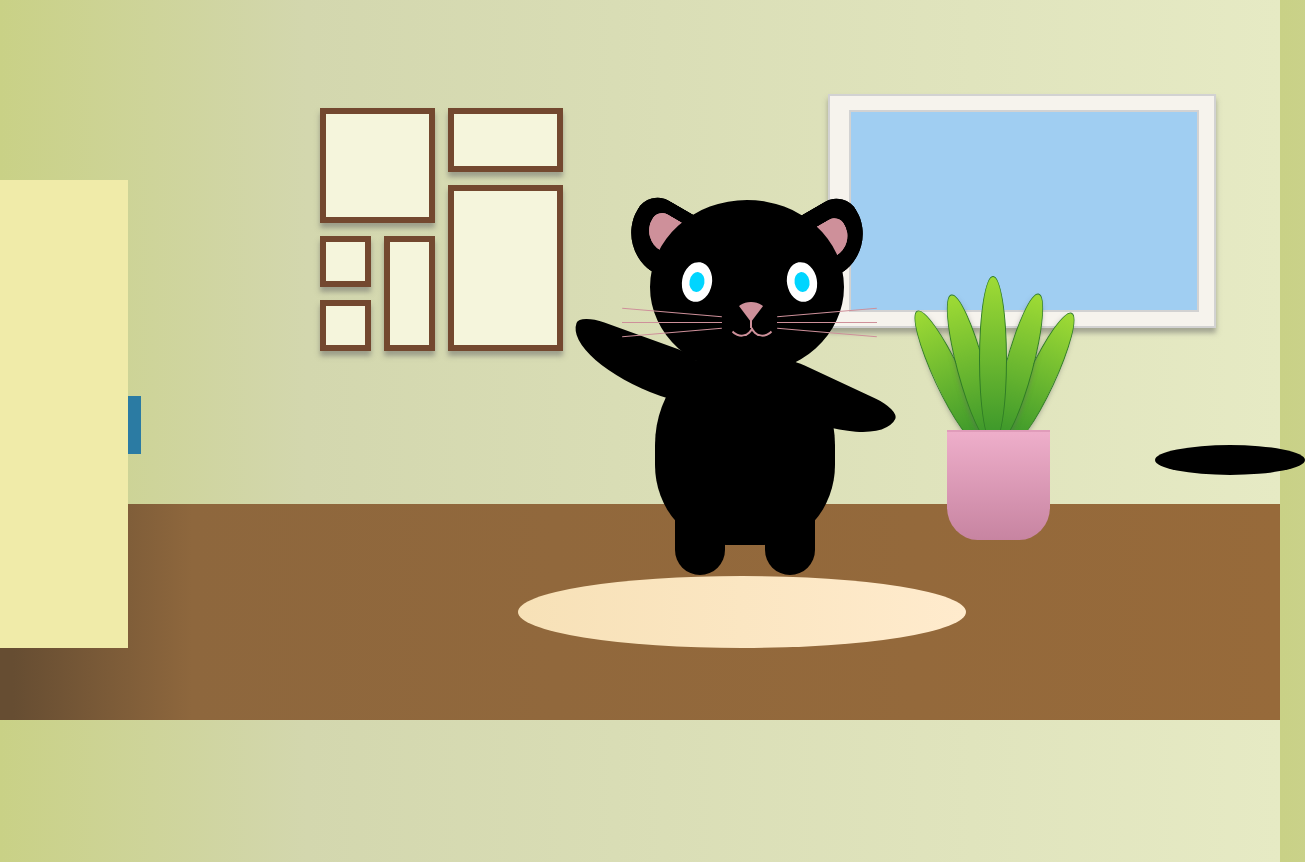
Repository: SandyLy453/COMP-2170-team-project
Page: index.html
An editor plug-in stored every save of this project. The page is shown before and after the next save, followed by the edit.
The browser window is 1280 px wide. The page is 1305 px wide, so the pictures cover 1305 px, including what lies to the right of the window. The pictures show the whole page.

Above is the page before, as saved 2024-05-03 14:20:04.

### index.html
<!DOCTYPE html>
<html lang="en">
<head>
    <meta charset="UTF-8">
    <meta name="viewport" content="width=device-width, initial-scale=1.0">
    <title>Team Project: Doll Dress-Up Game</title>
    <link rel="stylesheet" href="styles.css" />
</head>
<body>
    <main class="main-area">
        <div class="background">
            <div class="floor"></div>
            <div class="closet">
                <div class="openner"></div>
            </div>
            <div class="carpet"></div>
            <div class="window">
                <div class="outside"></div>
            </div>
            <div class="plantPot">
                <div class="leaves">
                    <div class="plant"></div>
                    <div class="plant-left-one"></div>
                    <div class="plant-right-one"></div>
                    <div class="plant-left-two"></div>
                    <div class="plant-right-two"></div>
                </div>
                <div class="pot"></div>
            </div>
            <div class="picturesCombo">
                <div class="pictures-one">
                    <div class="pic-one"></div>
                </div>
                <div class="pictures-two">
                    <div class="pic-two"></div>
                </div>
                <div class="pictures-three">
                    <div class="pic-three"></div>
                </div>
                <div class="pictures-four">
                    <div class="pic-four"></div>
                </div>
                <div class="pictures-five">
                    <div class="pic-five"></div>
                </div>
                <div class="pictures-six">
                    <div class="pic-six"></div>
                </div>
            </div>
        </div>

        <div class="character">
            <div class="cat">
                <div class="cat-head">
                    <div class="ears">

                        <div class="left-ear">
                            <div class="left-inner-ear">
                            </div>
                        </div>

                        <div class="right-ear">
                            <div class="right-inner-ear">
                            </div>
                        </div>
                    </div>

                    <div class="cat-eyes">
                        <div class="left-eye">
                            <div class="left-inner-eye">
                            </div>
                        </div>
                        <div class="right-eye">
                            <div class="right-inner-eye">
                            </div>
                        </div>
                    </div>

                    <div class="cat-nose"></div>

                    <div class="cat-mouth">
                        <div class="middle-line"></div>
                        <div class="left-line"></div>
                        <div class="right-line"></div>
                    </div>

                    <div class="cat-whiskers-left">
                        <div class="whisker-left-top"></div>
                        <div class="whisker-left-middle"></div>
                        <div class="whisker-left-bottom"></div>
                    </div>
                    <div class="cat-whiskers-right">
                        <div class="whisker-right-top"></div>
                        <div class="whisker-right-middle"></div>
                        <div class="whisker-right-bottom"></div>
                    </div>
                </div>

                <div class="cat-body">
                    <div class="arm left-arm"></div>
                    <div class="arm right-arm"></div>
                    <div class="foot left-foot"></div>
                    <div class="foot right-foot"></div>
                    <div class="tail"></div>
                </div>
            </div>
        </div>
    </main>
    <script src="script.js"></script>
</body>
</html>

### styles.css
body {
    margin: 0;
    width: 100vw;
    height: 100vh;
    background: linear-gradient(90deg, rgba(201,209,134,1) 0%, rgba(211,215,174,1) 24%, rgba(230,234,196,1) 100%);
}

/* Background styling */

.background {
    z-index: -100;
}

.floor {
    position: absolute;
    bottom: 0;
    width: 100vw;
    height: 30vh;
    background: linear-gradient(90deg, rgba(102,77,50,1) 1%, rgb(142, 103, 61) 15%, rgba(151,106,58,1) 100%);
    z-index: -2;
}

.closet {
    position: absolute;
    bottom: 10vh;
    left: 0;
    width: 10vw;
    height: 65vh;
    background-color: rgb(240, 235, 169);
}

.openner {
    position: relative;
    width: 1vw;
    height: 8vh;
    left: 10vw;
    bottom: -30vh;
    background-color: rgb(43, 123, 163);
}

.carpet {
    width: 35vw;
    height: 10vh;
    border-radius: 50%;
    background: linear-gradient(90deg, rgba(247,225,183,1) 0%, rgba(255,235,205,1) 100%);
    position: absolute;
    bottom: 10vh;
    right: 24.5vw;
}

.window {
    width: 30vw;
    height: 32vh;
    background-color: rgb(246, 243, 237);
    position: absolute;
    right: 5vw;
    top: 13vh;
    border: 2px solid rgb(210, 210, 210);
    box-shadow: 0 5px 5px rgba(100, 100, 100, 0.5);
    z-index: -10;
}

.outside {
    width: 27vw;
    height: 27.5vh;
    background-color: rgb(160, 206, 242);
    position: relative;
    left: 1.5vw;
    top: 2vh;
    border: 2px solid rgb(210, 210, 210)
}

.plantPot {
    position: absolute;
    right: 18vw;
    bottom: 25vh;
}

.pot {
    width: 8vw;
    height: 15vh;
    background: linear-gradient(180deg, rgba(238,174,202,1) 0%, rgba(199,132,161,1) 100%);
    border-bottom-left-radius: 30%;
    border-bottom-right-radius: 30%;
    border-top: 2px solid rgb(224, 156, 186);
    z-index: 2;
}

.leaves {
    position: relative;
    top: 60vh;
    left: 0.5vw;
}

.plant {
    height: 23vh;
    width: 2vw;
    background: linear-gradient(0deg, rgba(55,148,42,1) 0%, rgba(159,219,53,1) 100%);
    z-index: -1;
    position: relative;
    top: 25vh;
    left: 2vw;
    border-radius: 100%;
    border: 1px solid rgb(47, 124, 37);
}

.plant-left-one {
    height: 21vh;
    width: 2vw;
    background: linear-gradient(0deg, rgba(55,148,42,1) 0%, rgba(159,219,53,1) 100%);
    z-index: -2;
    position: relative;
    top: 4vh;
    left: 0.25vw;
    border-radius: 100%;
    border: 1px solid rgb(47, 124, 37);
    transform: rotate(-15deg);
    box-shadow: 0 5px 5px rgba(100, 100, 100, 0.5);
}

.plant-right-one {
    height: 21vh;
    width: 2vw;
    background: linear-gradient(0deg, rgba(55,148,42,1) 0%, rgba(159,219,53,1) 100%);
    z-index: -3;
    position: relative;
    top: -17.5vh;
    left: 4vw;
    border-radius: 100%;
    border: 1px solid rgb(47, 124, 37);
    transform: rotate(15deg);
    box-shadow: 0 5px 5px rgba(100, 100, 100, 0.5);
}

.plant-left-two {
    height: 20vh;
    width: 2vw;
    background: linear-gradient(0deg, rgba(55,148,42,1) 0%, rgba(159,219,53,1) 100%);
    z-index: -4;
    position: relative;
    top: -37vh;
    left: -1.5vw;
    border-radius: 100%;
    border: 1px solid rgb(47, 124, 37);
    transform: rotate(-25deg);
    box-shadow: 0 5px 5px rgba(100, 100, 100, 0.5);
}

.plant-right-two {
    height: 20vh;
    width: 2vw;
    background: linear-gradient(0deg, rgba(55,148,42,1) 0%, rgba(159,219,53,1) 100%);
    z-index: -5;
    position: relative;
    top: -57vh;
    left: 5.75vw;
    border-radius: 100%;
    border: 1px solid rgb(47, 124, 37);
    transform: rotate(25deg);
    box-shadow: 0 5px 5px rgba(100, 100, 100, 0.5);
}

.picturesCombo {
    position: absolute;
    left: 25vw;
    top: 15vh;
    z-index: -10;
}

.pictures-one {
    position: relative;
    width: 9vw;
    height: 9vw;
    background-color: rgb(115, 72, 47);
    box-shadow: 0 5px 5px rgba(100, 100, 100, 0.5);
}

.pictures-two {
    position: relative;
    top: 1vw;
    width: 4vw;
    height: 4vw;
    background-color: rgb(115, 72, 47);
    box-shadow: 0 5px 5px rgba(100, 100, 100, 0.5);
}

.pictures-three {
    position: relative;
    top: 2vw;
    width: 4vw;
    height: 4vw;
    background-color: rgb(115, 72, 47);
    box-shadow: 0 5px 5px rgba(100, 100, 100, 0.5);
}

.pictures-four {
    position: relative;
    top: -7vw;
    left: 5vw;
    width: 4vw;
    height: 9vw;
    background-color: rgb(115, 72, 47);
    box-shadow: 0 5px 5px rgba(100, 100, 100, 0.5);
}

.pictures-five {
    position: relative;
    top: -26vw;
    left: 10vw;
    width: 9vw;
    height: 5vw;
    background-color: rgb(115, 72, 47);
    box-shadow: 0 5px 5px rgba(100, 100, 100, 0.5);
}

.pictures-six {
    position: relative;
    top: -25vw;
    left: 10vw;
    width: 9vw;
    height: 13vw;
    background-color: rgb(115, 72, 47);
    box-shadow: 0 5px 5px rgba(100, 100, 100, 0.5);
}

.pic-one {
    position: relative;
    width: 8vw;
    height: 8vw;
    background-color: beige;
    top: 0.5vw;
    left: 0.5vw;
}

.pic-two {
    position: relative;
    width: 3vw;
    height: 3vw;
    background-color: beige;
    top: 0.5vw;
    left: 0.5vw;
}

.pic-three {
    position: relative;
    width: 3vw;
    height: 3vw;
    background-color: beige;
    top: 0.5vw;
    left: 0.5vw;
}

.pic-four {
    position: relative;
    width: 3vw;
    height: 8vw;
    background-color: beige;
    top: 0.5vw;
    left: 0.5vw;
}

.pic-five {
    position: relative;
    width: 8vw;
    height: 4vw;
    background-color: beige;
    top: 0.5vw;
    left: 0.5vw;
}

.pic-six {
    position: relative;
    width: 8vw;
    height: 12vw;
    background-color: beige;
    top: 0.5vw;
    left: 0.5vw;
}



/* Cat styling */

.cat-head {
    position: absolute;
    right: 0;
    left: 650px;
    top: 200px;
    bottom: 0;
    background-color: black;
    width: 190px;
    height: 170px;
    border: 2px solid black;
    border-radius: 50%;
}

.left-ear {
    position: absolute;
    z-index: -1;
    top: 0;
    left: -25px;
    border-top-left-radius: 80px;
    border-top-right-radius: 40px;
    transform: rotate(-60deg);
    border-left: 35px solid black;
    border-right: 35px solid black;
    border-bottom: 70px solid black;
}

.right-ear {
    position: absolute;
    z-index: -1;
    top: 1px;
    left: 145px;
    border-top-left-radius: 40px;
    border-top-right-radius: 80px;
    transform: rotate(60deg);
    border-left: 35px solid black;
    border-right: 35px solid black;
    border-bottom: 70px solid black;
}

.left-inner-ear {
    position: absolute;
    top: 0;
    left: -30px;
    transform: scale(0.5);
    border-top-left-radius: 80px;
    border-top-right-radius: 40px;
    border-bottom-right-radius: 40%;
    border-bottom-left-radius: 40%;
    border-left: 35px solid rgb(206, 144, 154);
    border-right: 35px solid rgb(206, 144, 154);
    border-bottom: 70px solid rgb(206, 144, 154);
}

.right-inner-ear {
    position: absolute;
    top: 0px;
    left: -35px;
    transform: scale(0.5);
    border-top-left-radius: 40px;
    border-top-right-radius: 80px;
    border-bottom-right-radius: 40%;
    border-bottom-left-radius: 40%;
    border-left: 35px solid rgb(206, 144, 154);
    border-right: 35px solid rgb(206, 144, 154);
    border-bottom: 70px solid rgb(206, 144, 154);
}

.left-eye {
    position: absolute;
    top: 60px;
    left: 30px;
    border-radius: 60%;
    transform: rotate(10deg);
    width: 30px;
    height: 40px;
    background-color: white;
}

.right-eye {
    position: absolute;
    top: 60px;
    left: 135px;
    border-radius: 60%;
    transform: rotate(-10deg);
    width: 30px;
    height: 40px;
    background-color: white;
}

.left-inner-eye {
    position: absolute;
    top: 0px;
    left: 0px;
    border-radius: 60%;
    transform: scale(0.5);
    width: 30px;
    height: 40px;
    background-color: rgb(0, 213, 255);
}

.right-inner-eye {
    position: absolute;
    top: 0px;
    left: 0px;
    border-radius: 60%;
    transform: scale(0.5);
    width: 30px;
    height: 40px;
    background-color: rgb(0, 213, 255);
}

.cat-nose {
    position: absolute;
    top: 100px;
    left: 84px;
    border-top-left-radius: 50%;
    border-top-right-radius: 50%;
    border-bottom-right-radius: 50%;
    border-bottom-left-radius: 50%;
    transform: rotate(180deg);
    border-left: 15px solid transparent;
    border-right: 15px solid transparent;
    border-bottom: 20px solid rgb(206, 144, 154);
}

/* .cat-mouth div{
    position: absolute;
    top: 50px;
    width: 30px;
    height: 50px;
    border: 2px solid rgb(206, 144, 154);
    border-radius: 190%/190px;
    border-color: rgb(206, 144, 154) transparent transparent transparent;
} */

.left-line {
    position: absolute;
    top: 81px;
    left: 69.5px;
    width: 30px;
    height: 50px;
    border: 2px solid rgb(206, 144, 154);
    border-radius: 80%;
    transform: rotate(170deg);
    border-color: rgb(206, 144, 154) transparent transparent transparent;
}

.middle-line {
    position: absolute;
    top: 120px;
    left: 94px;
    width: 10px;
    height: 2px;
    background-color: rgb(206, 144, 154);
    transform: rotate(90deg);
}

.right-line {
    position: absolute;
    top: 81px;
    left: 95.5px;
    width: 30px;
    height: 50px;
    border: 2px solid rgb(206, 144, 154);
    border-radius: 80%;
    transform: rotate(190deg);
    border-color: rgb(206, 144, 154) transparent transparent transparent;
}

.whisker-left-top {
    position: absolute;
    top: 110px;
    left: -30px;
    transform: rotate(5deg);
    width: 100px;
    height: 1px;
    background-color: rgb(206, 144, 154);
}

.whisker-left-middle {
    position: absolute;
    top: 120px;
    left: -30px;
    transform: rotate(0deg);
    width: 100px;
    height: 1px;
    background-color: rgb(206, 144, 154);
}

.whisker-left-bottom {
    position: absolute;
    top: 130px;
    left: -30px;
    transform: rotate(-5deg);
    width: 100px;
    height: 1px;
    background-color: rgb(206, 144, 154);
}

.whisker-right-top {
    position: absolute;
    top: 110px;
    left: 125px;
    transform: rotate(-5deg);
    width: 100px;
    height: 1px;
    background-color: rgb(206, 144, 154);
}

.whisker-right-middle {
    position: absolute;
    top: 120px;
    left: 125px;
    transform: rotate(0deg);
    width: 100px;
    height: 1px;
    background-color: rgb(206, 144, 154);
}

.whisker-right-bottom {
    position: absolute;
    top: 130px;
    left: 125px;
    transform: rotate(5deg);
    width: 100px;
    height: 1px;
    background-color: rgb(206, 144, 154);
}

.cat-body {
    position: absolute;
    width: 180px;
    height: 200px;
    border-left: 80px;
    border-right: 80px;
    top: 345px;
    left: 655px;
    background-color: black;
    border-top-left-radius: 100%;
    border-top-right-radius: 100%;
    border-bottom-left-radius: 80%;
    border-bottom-right-radius: 80%;
}

.arm {
    width: 50px;
    height: 130px;
    background-color: black;
    border-radius: 30% 30% 30% 120%;
    z-index: -2;
}

.left-arm {
    position: absolute;
    top: 60px;
    left: 30px;
    transform-origin: top left;
    transform: rotate(110deg) scaleX(-1);
}

.right-arm {
    position: absolute;
    top: -5px;
    left: 150px;
    transform: rotate(-65deg);
}

.foot {
    background-color: black;
    height: 80px;
    width: 50px;
    border-left: 100px;
    border-right: 100px;
    border-radius: 0 0 50px 50px;
}

.left-foot {
    position: absolute;
    top: 150px;
    left: 20px;
}

.right-foot {
    position: absolute;
    top: 150px;
    left: 110px;
}

.tail {
    position: absolute;
    width: 150px;
    height: 30px;
    border-radius: 50%;
    background-color: black;
    top: 100px;
    left: 500px;
}

### script.js
const shirts = ["shirt1","shirt2","shirt3","shirt4", "shirt5"]

const bottoms = ["bottom1","bottom2","bottom3","bottom4", "bottom5"]

const accessories = ["acc1","acc2","acc3","acc4", "acc5"]

After the next save:
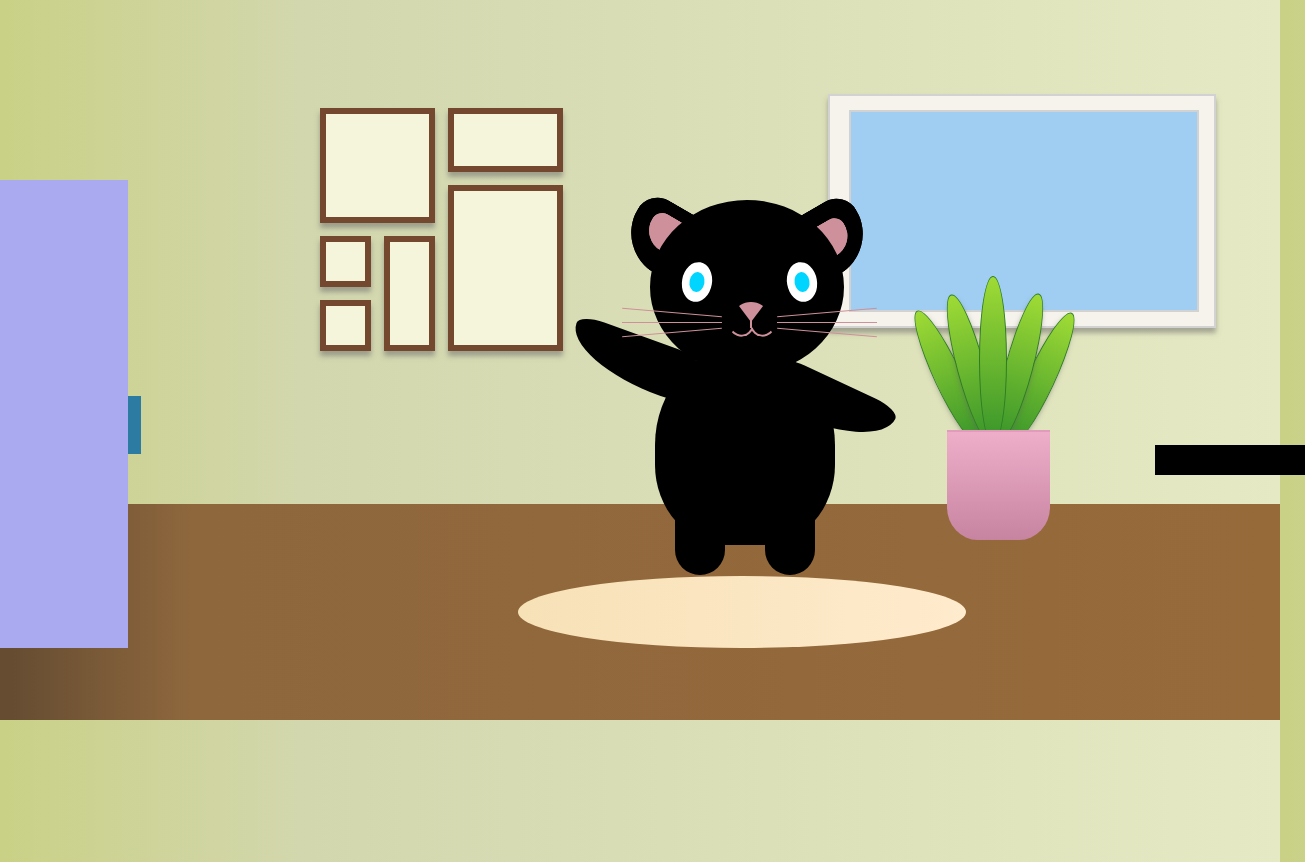
Saved 15 s later.
--- a/styles.css
+++ b/styles.css
@@ -26,7 +26,7 @@ body {
     left: 0;
     width: 10vw;
     height: 65vh;
-    background-color: rgb(240, 235, 169);
+    background-color: rgb(169, 170, 240);
 }
 
 .openner {
@@ -573,7 +573,7 @@ body {
     position: absolute;
     width: 150px;
     height: 30px;
-    border-radius: 50%;
+    border-radius: 0;
     background-color: black;
     top: 100px;
     left: 500px;
